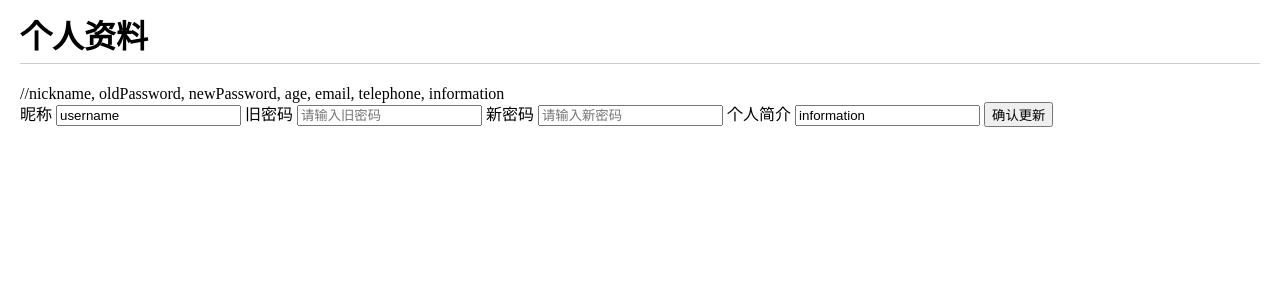
Repository: pine-chen/blog
Page: nodeJS-blog/html-test/information.html
An editor plug-in stored every save of this project. The page is shown before and after a run of saves, followed by the edit.
The browser window is 1280 px wide. The pictures show the whole page.

Above is the page before, as saved 2019-12-30 16:57:11.

After the next 5 saves:
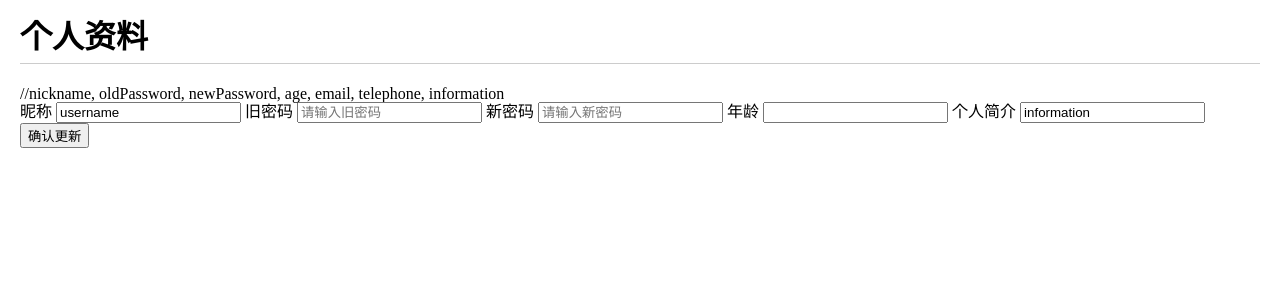
The 5 saves are shown as one change because they came seconds apart.
The last was saved 13 s later.
--- a/nodeJS-blog/html-test/information.html
+++ b/nodeJS-blog/html-test/information.html
@@ -27,7 +27,7 @@
             新密码 <input type="password" id="textNewPassword" placeholder="请输入新密码"/>
         </label>
         <label>
-
+            年龄 <input type="text">
         </label>
         <label>
             个人简介 <input type="text" id="textInformation" value="information"/>
